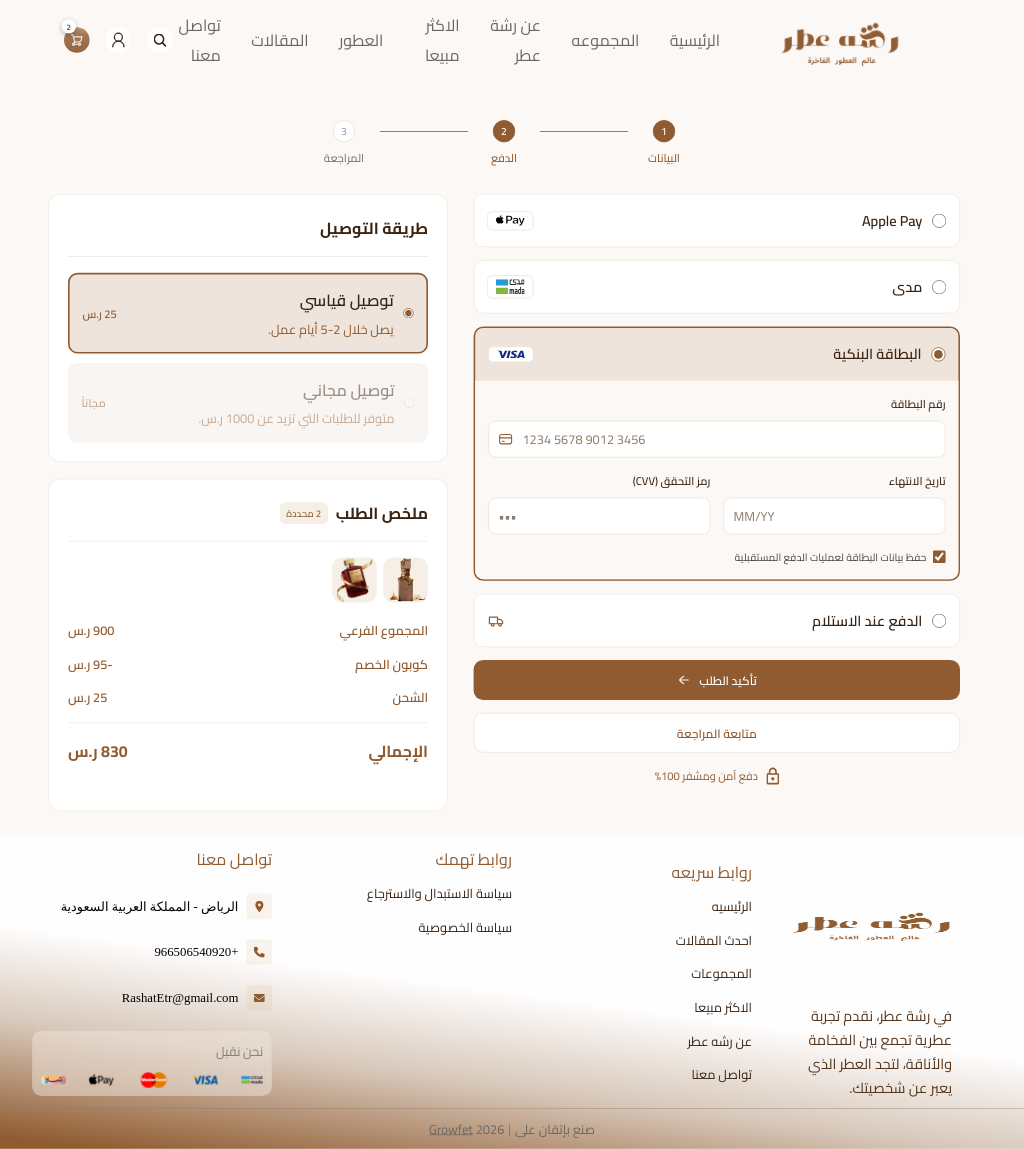
Repository: mahmoudesh74/rashet-3tr
Page: /Payment
The author's editor kept a copy of each file at every save. The page is drawn from the files as they stood at one save, then again after the next save.
The browser window is 1280 px wide. The pictures show the whole page, at 80% of full size.
Some web fonts or font styles are not loaded; a fallback is used. The project was rebuilt for these pictures with package versions that can differ from the ones it lists, and the page was loaded fresh each time. Also part of the build but not shown: vite.config.js, src/App.css, src/components/HeaderSection/Header.css, src/components/HeaderSection/Header.jsx, src/components/GroupSection/GroupSection.css, src/components/GroupSection/GroupSection.jsx, src/components/AboutSection/AboutSection.css, src/components/AboutSection/AboutSection.jsx and 38 more. Imported but missing from the stored project, and not drawn on this page: src/assets/vedio.mp4.

Above is the page before, as saved 2026-09-29 03:47:47.

After the next save:
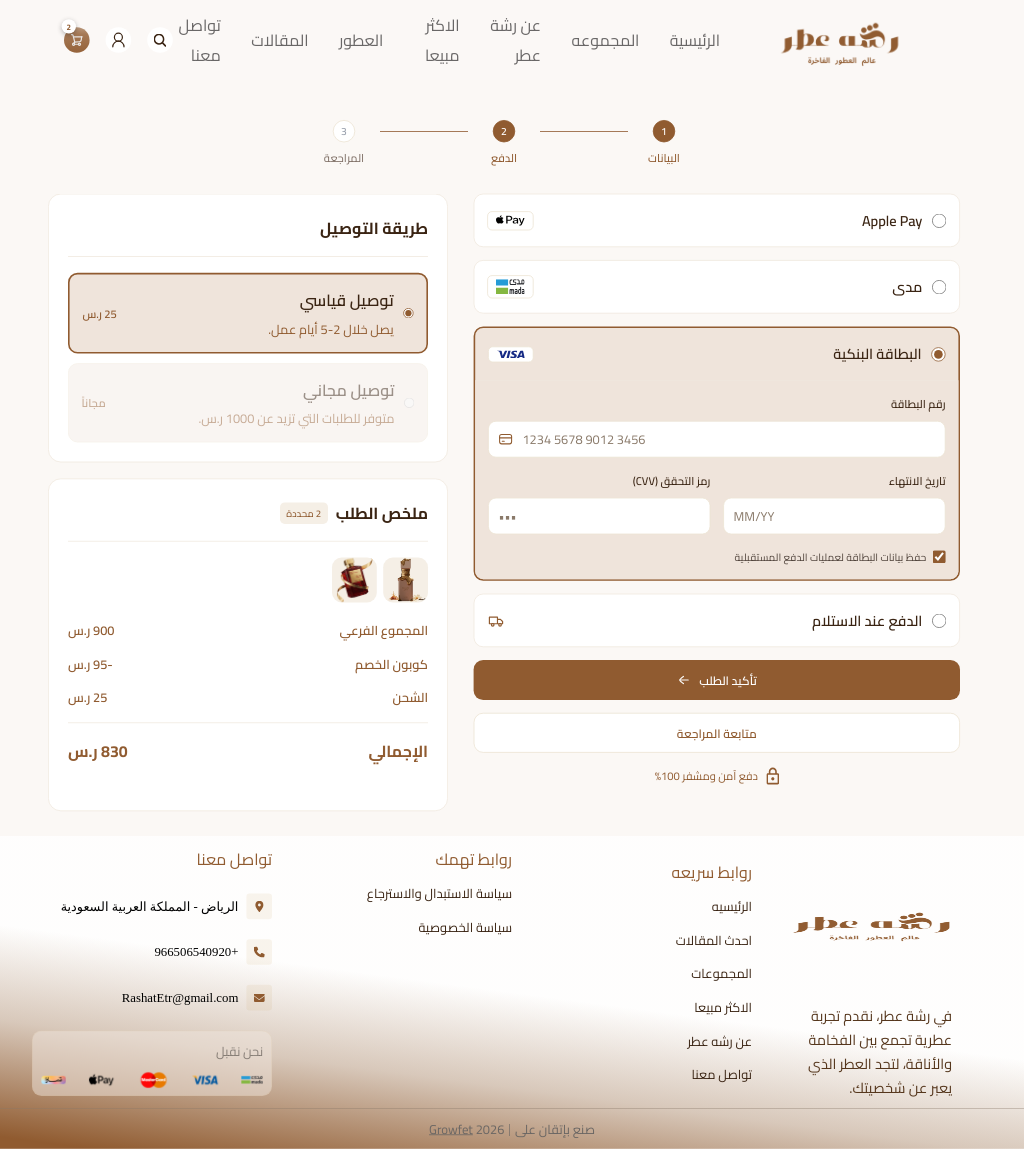
Saved 2 min 6 s later.
--- a/src/pages/Payment/Payment.css
+++ b/src/pages/Payment/Payment.css
@@ -76,7 +76,7 @@
   gap: 16px;
   padding: 16px;
   border-top: 1px solid #f0e9df;
-  background: #FBF8F5;
+  background: #EFE4DB;
   border-radius: 0 0 10px 10px;
 }
 
